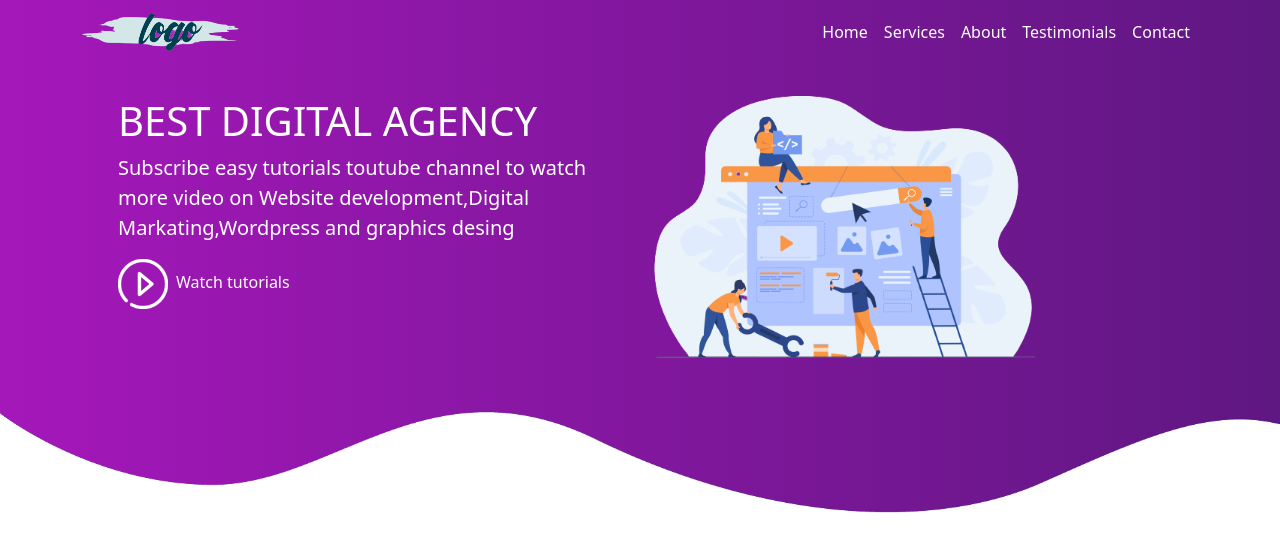
Repository: zjria/PSD-to-HTML-DIGITAL-AGENCY
Page: index.html
These files come from the project's save history. The page is drawn as it stood at one moment and after the next save; the edit follows.
The browser window is 1280 px wide. The pictures show the whole page.
Some web libraries are served in a nearby version.

Above is the page before, as saved 2022-05-11 07:30:02.

### index.html
<!doctype html>
<html lang="en">
  <head>
    <!-- Required meta tags -->
    <meta charset="utf-8">
    <meta name="viewport" content="width=device-width, initial-scale=1">
    <title>DIGITAL AGENCY</title>
    <!-- Bootstrap CSS -->
    <link href="https://cdn.jsdelivr.net/npm/bootstrap@5.0.2/dist/css/bootstrap.min.css" rel="stylesheet">
    <!-- Font awesome link-->
    <link rel="stylesheet" href="https://cdnjs.cloudflare.com/ajax/libs/font-awesome/6.1.1/css/all.min.css">
    <!-- custom CSS  -->
    <link rel="stylesheet" href="css/style.css">
  </head>
  <body>
    <!-- Navbar Section Start -->
    <section class="header">
        <nav class="navbar navbar-expand-md fixed-top">
            <div class="container">
                <a href="#" class="navbar-brand">
                    <img src="img/h_logo.png" alt="" class="menu-icon img-fluid w-50">
                </a>
                <button class="navbar-toggler" data-bs-target="#menunavbarlink" data-bs-toggle="collapse" type="button">
                    <span class="navbar-toggler-icon"></span>
                </button>
                <div class="collapse navbar-collapse " id="menunavbarlink">
                  <ul class="navbar-nav ms-auto ">
                    <li class="nav-item ">
                      <a href="#Home" class="nav-link text-white">Home</a>
                    </li>
                    <li class="nav-item">
                      <a href="#Services" class="nav-link text-white">Services</a>
                    </li>
                    <li class="nav-item">
                      <a href="#About" class="nav-link text-white">About</a>
                    </li>
                    <li class="nav-item">
                      <a href="#Testimonials" class="nav-link text-white" >Testimonials</a>
                    </li>
                    <li class="nav-item">
                      <a href="#Contact" class="nav-link text-white">Contact</a>
                    </li>
                  </ul>
                </div>
            </div>
        </nav>
    </section>
    <!-- Navbar Section END -->
    <!-- Navbar Section Start -->
    <section class="" id="baner">
      <div class="container p-5 py-5">
        <div class="row align-items-center text-white">
          <div class="col-md-6">
            <h1>BEST DIGITAL AGENCY</h1>
            <p class="lead">Subscribe easy tutorials toutube channel to watch more video on Website development,Digital Markating,Wordpress and graphics desing</p>
            <a href="#"><img src="img/play.png" class="img-fluid me-2 " alt=""><span>Watch tutorials</span></a>
          </div>
          <div class="col-md-6 m-auto">
            <img src="img/heder_logo.png" class="img-fluid w-75 mt-5" alt="">
          </div>
        </div>
      </div>
      <img src="img/wave1.png" alt="" class="img-wave1 img-fluid">
    </section>
    <!-- Navbar Section END -->






    <!-- Optional JavaScript; choose one of the two! -->
    <!-- Option 1: Bootstrap Bundle with Popper -->
    <script src="https://cdn.jsdelivr.net/npm/bootstrap@5.0.2/dist/js/bootstrap.bundle.min.js"></script>
  </body>
</html>

### css/style.css
.navbar{
    background-image: linear-gradient(to right, #a517ba,#5f1782)!important;
}
#baner{
    background-image: linear-gradient(to right, #a517ba,#5f1782)!important;
    align-items: center;
    margin: auto;
    justify-content: center;
}
#baner a img{
    width: 50px;
    align-items: center;
    margin: auto;
    justify-content: center;

}
#baner a{
    text-decoration: none;
    color: white;
}
.img-wave1{
    width: 100%;
}

After the next save:
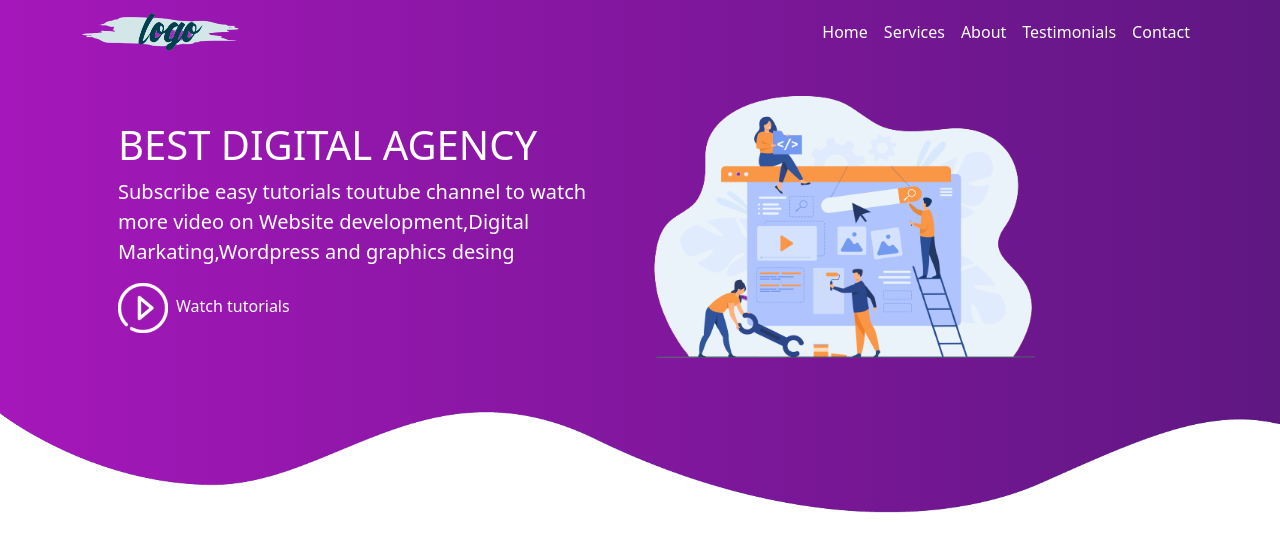
Saved 33 s later.
--- a/index.html
+++ b/index.html
@@ -48,7 +48,7 @@
     <!-- Navbar Section END -->
     <!-- Navbar Section Start -->
     <section class="" id="baner">
-      <div class="container p-5 py-5">
+      <div class="container p-5 py-5 mt-5">
         <div class="row align-items-center text-white">
           <div class="col-md-6">
             <h1>BEST DIGITAL AGENCY</h1>
@@ -56,7 +56,7 @@
             <a href="#"><img src="img/play.png" class="img-fluid me-2 " alt=""><span>Watch tutorials</span></a>
           </div>
           <div class="col-md-6 m-auto">
-            <img src="img/heder_logo.png" class="img-fluid w-75 mt-5" alt="">
+            <img src="img/heder_logo.png" class="img-fluid w-75" alt="">
           </div>
         </div>
       </div>
